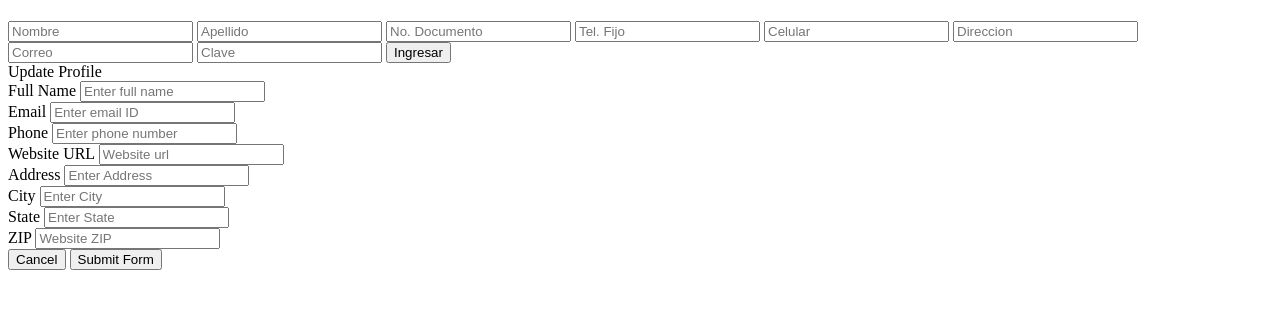
Repository: DA5CH25/kohaku_php
Page: http://localhost/kohaku_php/views/modules/ingresar.php
An editor plug-in stored every save of this project. The page is shown before and after the next save, followed by the edit.
The browser window is 1280 px wide. The pictures show the whole page.
The page is run by PHP 8.4 with error messages shown; the project is at /var/www/html/.

Above is the page before, as saved 2021-05-16 19:36:57.

After the next save:
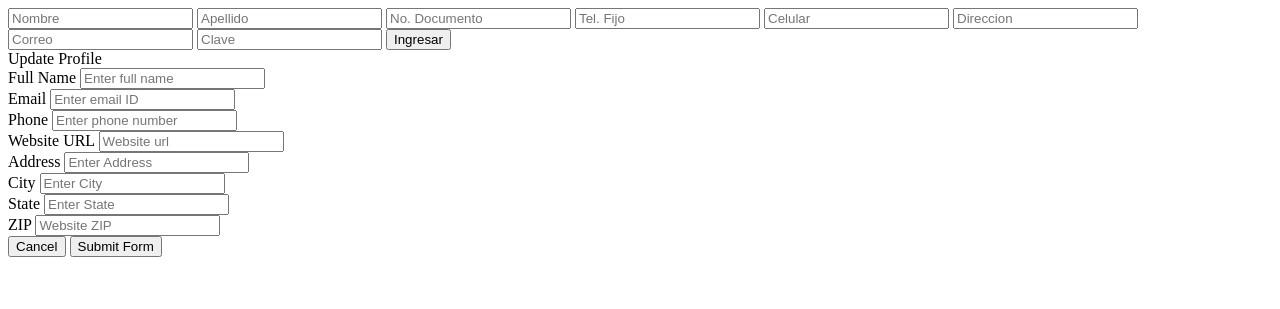
Saved 4 s later.
--- a/views/modules/ingresar.php
+++ b/views/modules/ingresar.php
@@ -5,10 +5,7 @@
 	<title>Roles</title>
 </head>
 <body>
-	<header>
-		<h1></h1>
-		<h2></h2>
-	</header>
+
 
 	<form action="" method="POST">
 		<input name="nombre" placeholder="Nombre" />
